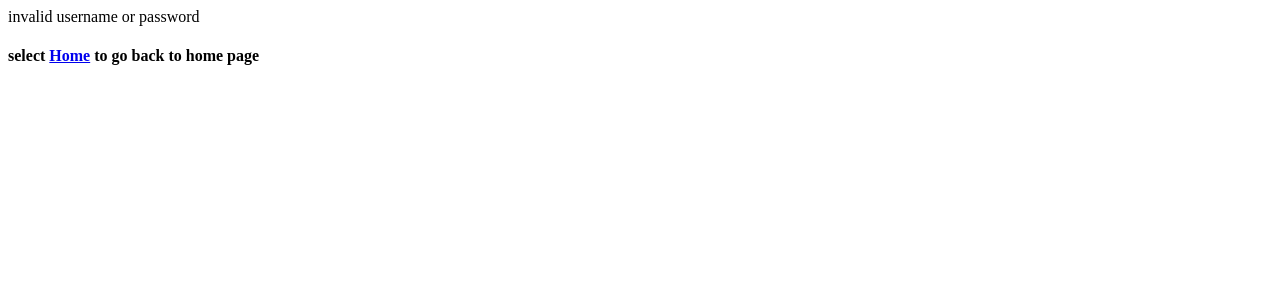
Repository: nihargowda/phase2project
Page: http://localhost/AirAway/adminloginerror.jsp
The author's editor kept a copy of each file at every save. The page is drawn from the files as they stood at one save, then again after the next save.
The browser window is 1280 px wide. The pictures show the whole page.
The page is served by Tomcat 9.

Above is the page before, as saved 2020-11-18 15:35:35.

After the next save:
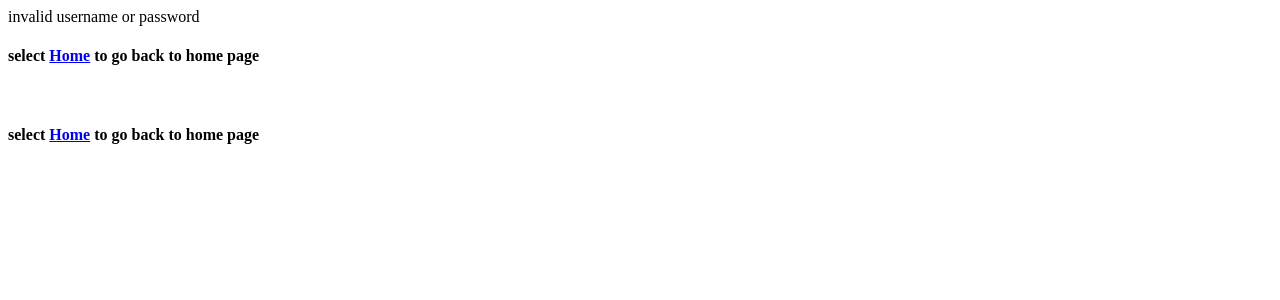
Saved 59 s later.
--- a/AirAway/src/main/webapp/adminloginerror.jsp
+++ b/AirAway/src/main/webapp/adminloginerror.jsp
@@ -11,7 +11,7 @@
 
 invalid username or password
 
-
+<br><h4>select <a href="/AirAway/adminlogin.jsp">Home</a> to go back to home page</h4>
 		<br><h4>select <a href="/AirAway/index.jsp">Home</a> to go back to home page</h4>
 </body>
 </html>
